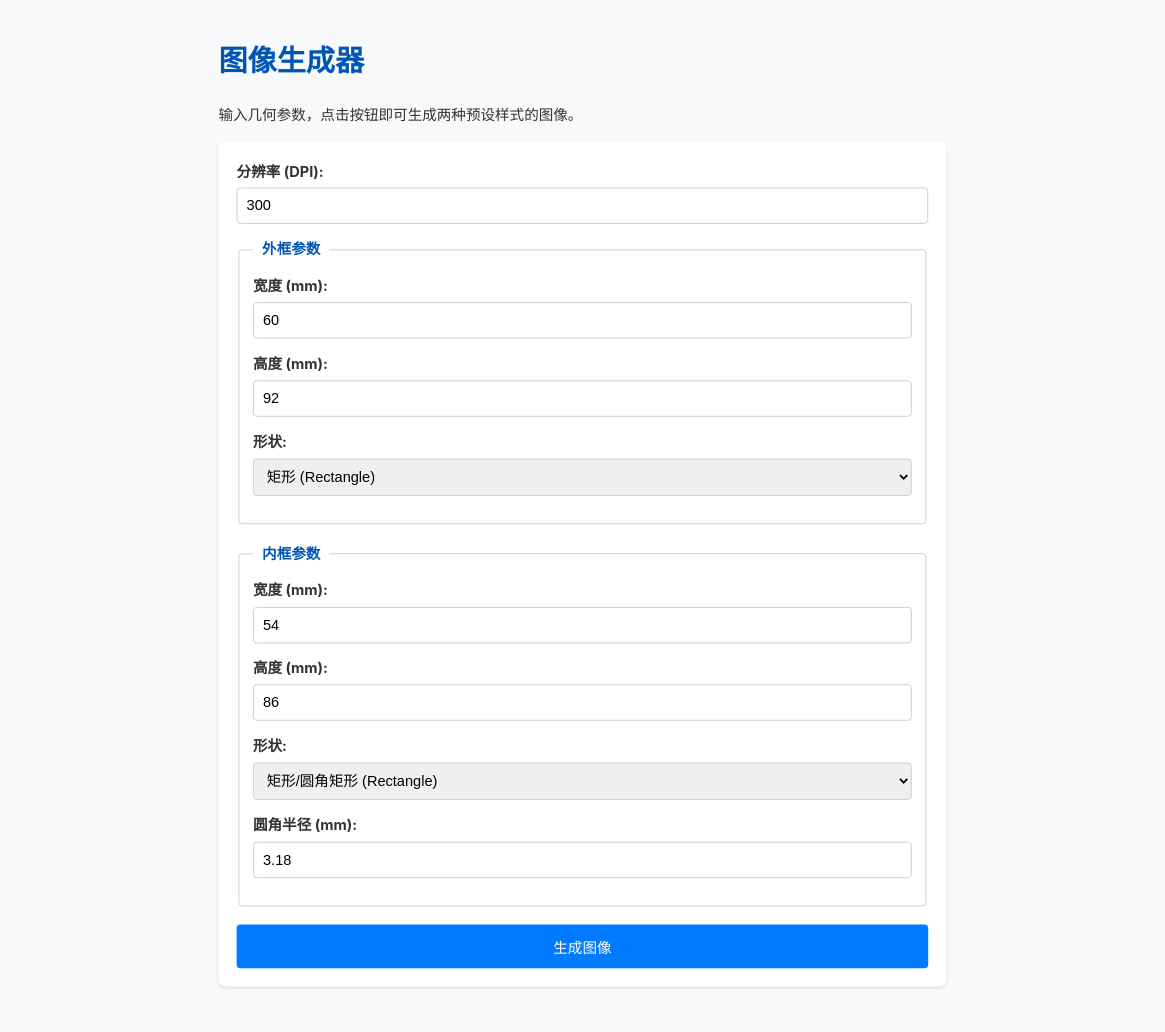
Repository: jememouse/Border-Generator
Page: static/index.html
An editor plug-in stored every save of this project. The page is shown before and after the next save, followed by the edit.
The browser window is 1280 px wide. The pictures show the whole page, at 91% of full size.

Above is the page before, as saved 2025-04-18 13:39:10.

After the next save:
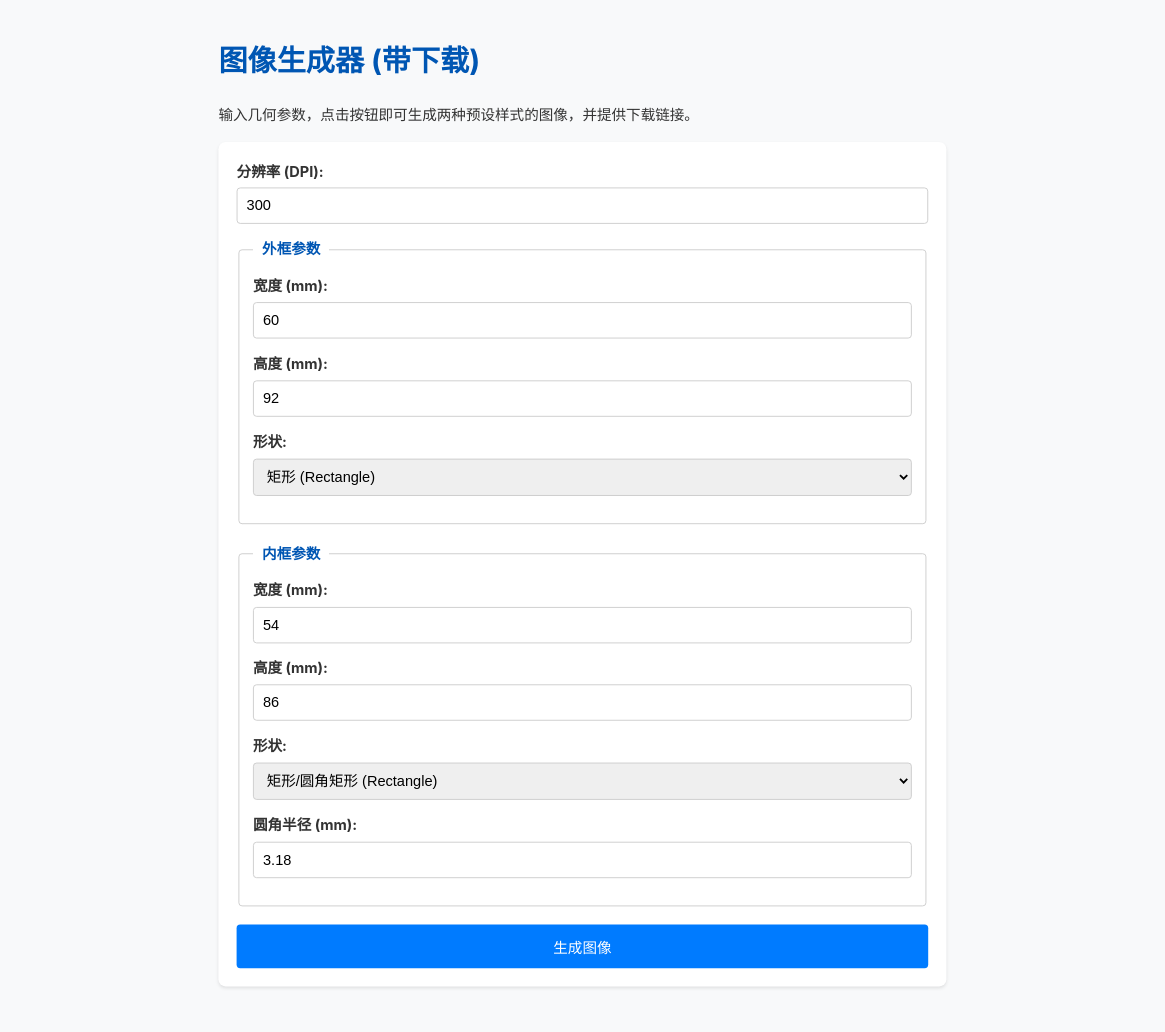
Saved 8 s later.
--- a/static/index.html
+++ b/static/index.html
@@ -3,7 +3,7 @@
 <head>
     <meta charset="UTF-8">
     <meta name="viewport" content="width=device-width, initial-scale=1.0">
-    <title>图像生成器</title>
+    <title>图像生成器 (带下载)</title>
     <style>
         /* 基本样式 */
         body { font-family: -apple-system, BlinkMacSystemFont, "Segoe UI", Roboto, "Helvetica Neue", Arial, sans-serif; line-height: 1.6; padding: 20px; max-width: 800px; margin: auto; background-color: #f8f9fa; color: #333; }
@@ -60,12 +60,31 @@
         /* 初始隐藏结果区域和状态信息 */
         #result-style1, #result-style2 { display: none; }
         .loading, .error-message { display: none; } /* 默认隐藏 */
+        /* 下载按钮样式 */
+        .download-button {
+            display: none; /* 初始隐藏 */
+            margin-top: 15px; /* 与图片间距 */
+            padding: 8px 15px;
+            background-color: #28a745; /* 绿色 */
+            color: white;
+            text-decoration: none; /* 移除链接下划线 */
+            border-radius: 4px;
+            font-size: 0.9rem;
+            cursor: pointer;
+            transition: background-color 0.2s ease-in-out;
+            border: none; /* 确保看起来像按钮 */
+            /* 使用 inline-block 或 block 都可以 */
+            display: inline-block;
+        }
+        .download-button:hover {
+            background-color: #218838; /* 深绿色 */
+        }
     </style>
 </head>
 <body>
 
-    <h1>图像生成器</h1>
-    <p>输入几何参数，点击按钮即可生成两种预设样式的图像。</p>
+    <h1>图像生成器 (带下载)</h1>
+    <p>输入几何参数，点击按钮即可生成两种预设样式的图像，并提供下载链接。</p>
 
     <form id="image-form">
         <div class="form-group">
@@ -124,12 +143,14 @@
             <div class="status-message loading" id="loading-style1">正在生成，请稍候...</div>
             <div class="status-message error-message" id="error-style1"></div>
             <img id="img-style1" alt="生成的样式1图像预览">
+             <a href="#" id="download-style1" class="download-button" download="style1_generated.png" style="display: none;">下载样式1图像</a>
         </div>
         <div class="image-container" id="result-style2">
             <h2>样式 2 (遮罩样式)</h2>
             <div class="status-message loading" id="loading-style2">正在生成，请稍候...</div>
             <div class="status-message error-message" id="error-style2"></div>
             <img id="img-style2" alt="生成的样式2图像预览">
+            <a href="#" id="download-style2" class="download-button" download="style2_generated.png" style="display: none;">下载样式2图像</a>
         </div>
     </div>
 
